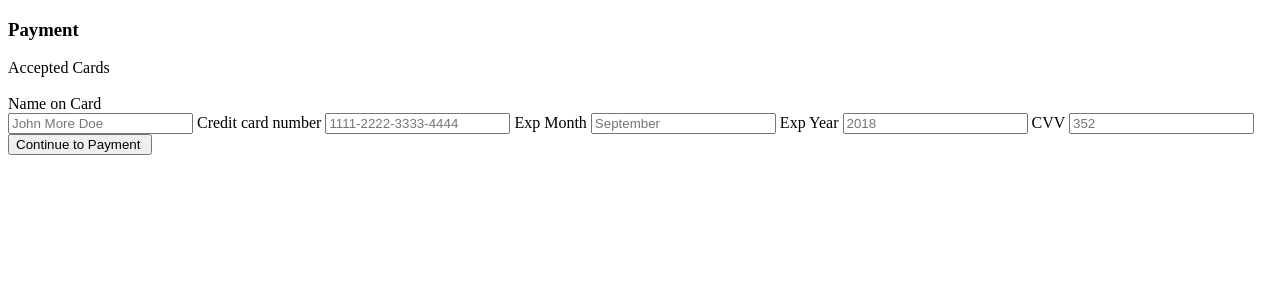
Repository: Shivani2392/FlyAwayProject
Page: http://localhost/FlightBookingPortal/Payement.jsp
An editor plug-in stored every save of this project. The page is shown before and after the next save, followed by the edit.
The browser window is 1280 px wide. The pictures show the whole page.
The page is served by Tomcat 9. Other server files are loaded and not shown.

Above is the page before, as saved 2020-11-21 15:25:00.

### FlightBookingPortal/src/main/webapp/Payement.jsp
<%@ page language="java" contentType="text/html; charset=ISO-8859-1"
    pageEncoding="ISO-8859-1"%>
<!DOCTYPE html>
<html>
<head>
<meta charset="ISO-8859-1">
<title>Enter your Payment Details</title>


</head>
<body>
          <form action="PaymentService" method="post">
            <h3>Payment</h3>
            <label for="fname">Accepted Cards</label> <br><br>
            <label for="cname">Name on Card</label><br>
            <input type="text" id="cname" name="cardname" placeholder="John More Doe">
            <label for="ccnum">Credit card number</label>
            <input type="text" id="ccnum" name="cardnumber" placeholder="1111-2222-3333-4444">
            <label for="expmonth">Exp Month</label>
            <input type="text" id="expmonth" name="expmonth" placeholder="September">

                <label for="expyear">Exp Year</label>
                <input type="text" id="expyear" name="expyear" placeholder="2018">

                <label for="cvv">CVV</label>
                <input type="text" id="cvv" name="cvv" placeholder="352">
        <input type="submit" value="Continue to Payment " class="btn">
      </form>

</body>
</html>

After the next save:
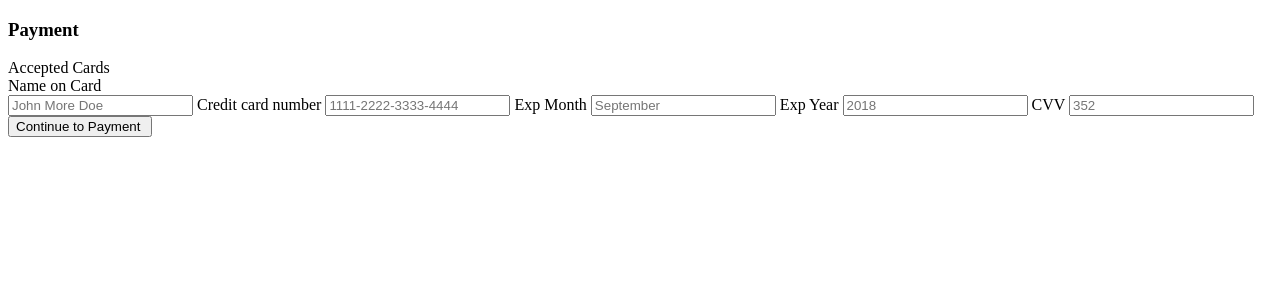
Saved 53 s later.
--- a/FlightBookingPortal/src/main/webapp/Payement.jsp
+++ b/FlightBookingPortal/src/main/webapp/Payement.jsp
@@ -11,7 +11,7 @@
 <body>
           <form action="PaymentService" method="post">
             <h3>Payment</h3>
-            <label for="fname">Accepted Cards</label> <br><br>
+            <label for="fname">Accepted Cards</label> <br>
             <label for="cname">Name on Card</label><br>
             <input type="text" id="cname" name="cardname" placeholder="John More Doe">
             <label for="ccnum">Credit card number</label>

After the save that followed:
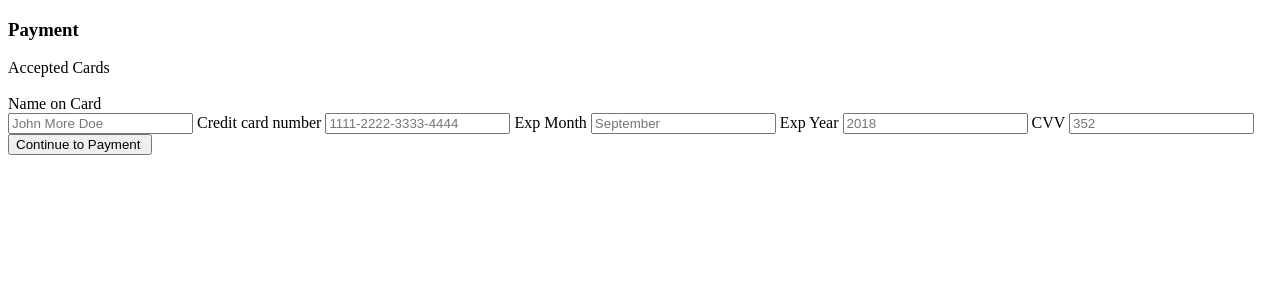
Saved 35 s later.
--- a/FlightBookingPortal/src/main/webapp/Payement.jsp
+++ b/FlightBookingPortal/src/main/webapp/Payement.jsp
@@ -11,7 +11,7 @@
 <body>
           <form action="PaymentService" method="post">
             <h3>Payment</h3>
-            <label for="fname">Accepted Cards</label> <br>
+            <label for="fname">Accepted Cards</label> <br><br>
             <label for="cname">Name on Card</label><br>
             <input type="text" id="cname" name="cardname" placeholder="John More Doe">
             <label for="ccnum">Credit card number</label>
